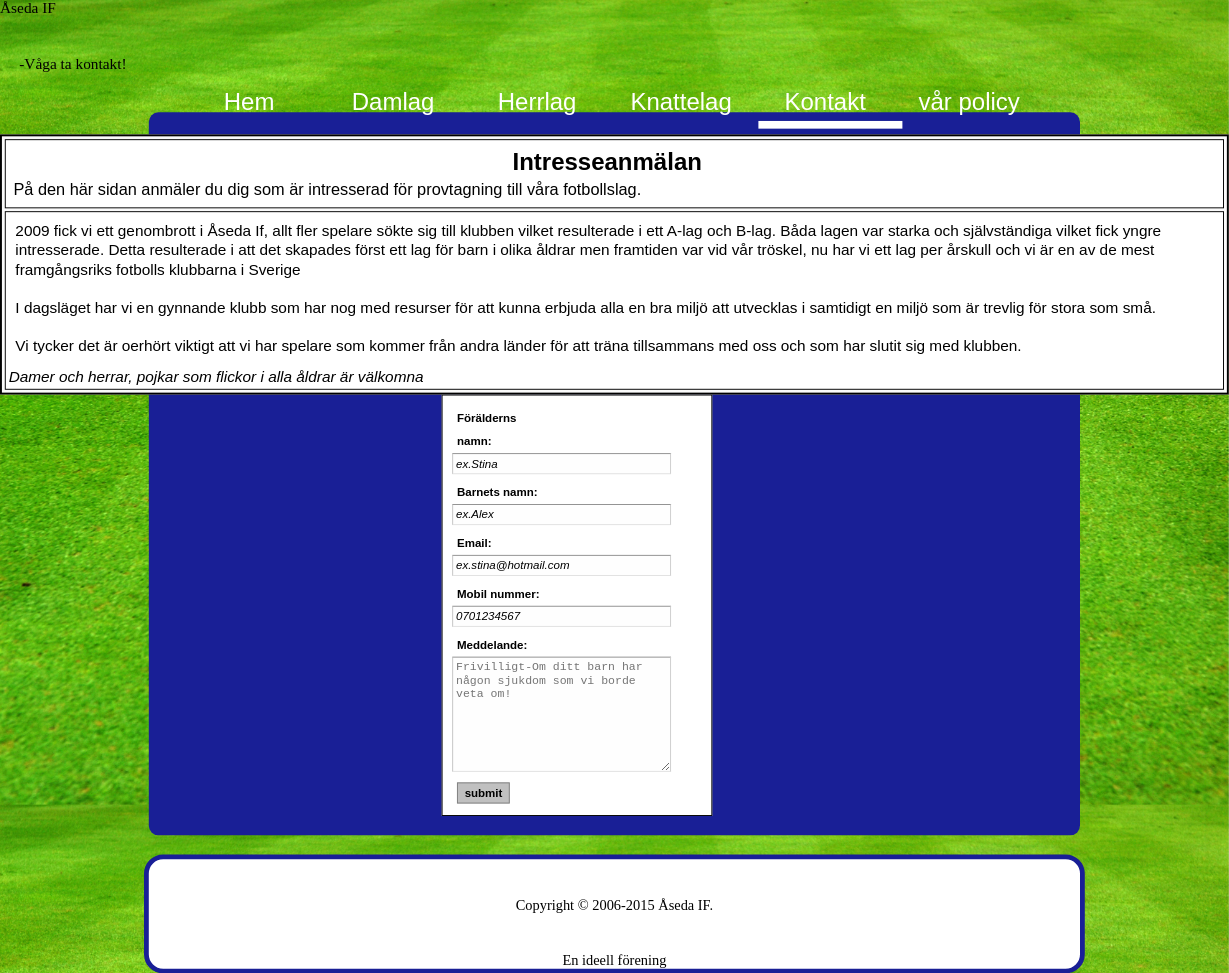
Repository: alexanderdanielsson28/ProjektAsedaIF
Page: html/Kontakt.html
The author's editor kept a record of every edit. The page is drawn from the files as they stood at one moment, then again after the next edit.
The browser window is 1280 px wide. The pictures show the whole page, at 96% of full size.
Backgrounds fixed to the window are drawn as part of the page. Some web libraries are served in a nearby version.

Above is the page before.

### html/Kontakt.html
<!DOCTYPE html>
<html>

<head>
    <title>kontaktsidan</title>
    <meta charset="UTF-8">
    <meta name="viewport" content="width=device-width, initial-scale=1.0">
    <link rel="stylesheet" media="only screen and (max-width:480px)" href="../css/mobile.css">
    <link href="../forms/form.css" rel="stylesheet">
    <script src="//ajax.googleapis.com/ajax/libs/jquery/1.10.2/jquery.min.js"></script>
    <script src="../forms/form1.js"></script>
    <link rel="stylesheet" type="text/css" media="only screen and (min-width:480px)" href="../menu.css">
    <link rel="stylesheet" type="text/css" media="only screen and (min-width:480px)" href="../css/media.css">
    <script src="../menu.js"></script>


</head>

<body>
    <div id="header">
        <h1 id="h1tag">Åseda IF</h1>
        <h3 class="hidden">-Våga ta kontakt!</h3>
    </div>
    <div id="meny">
        <div id="meny2">
            <nav id="navigation">
                <ul>
                    <li><a class="klass" href="../index.html">Hem</a></li>
                    <li><a class="klass" href="../html/Damlag.html">Damlag</a></li>
                    <li><a class="klass" href="../html/Herrlag.html">Herrlag</a></li>
                    <li><a class="klass" href="../html/Knattelag.html">Knattelag</a></li>
                    <li><a class="klass" href="../html/Kontakt.html">Kontakt</a></li>
                    <li><a class="klass" href="../html/Policy.html">vår policy</a></li>
                </ul>
            </nav>

        </div>
    </div>
    <article id="ark">
        <div id="bordern">
            <h2 id="barnh2">Intresseanmälan</h2>
            <h3 id="barn3">På den här sidan anmäler du dig som är intresserad för provtagning till våra fotbollslag.</h3>
        </div>
        <div id="paran">
            <p id="pbarn">2009 fick vi ett genombrott i Åseda If, allt fler spelare sökte sig till klubben vilket resulterade i ett A-lag och B-lag. Båda lagen var starka och självständiga vilket fick yngre intresserade. Detta resulterade i att det skapades först ett
                lag för barn i olika åldrar men framtiden var vid vår tröskel, nu har vi ett lag per årskull och vi är en av de mest framgångsriks fotbolls klubbarna i Sverige</p>
            <p id="alle">I dagsläget har vi en gynnande klubb som har nog med resurser för att kunna erbjuda alla en bra miljö att utvecklas i samtidigt en miljö som är trevlig för stora som små.</p>
            <p id="olikal">Vi tycker det är oerhört viktigt att vi har spelare som kommer från andra länder för att träna tillsammans med oss och som har slutit sig med klubben.</p>
            <p id="damerna">Damer och herrar, pojkar som flickor i alla åldrar är välkomna</p>
        </div>
    </article>

    <article id="formBox">

        <form id="form-contact" class="styled" action="" method="">
            <fieldset id="#formett">

                <ol>
                    <li class="form-row">
                        <label>Förälderns namn:</label>
                        <input id="input-name" type="text" class="text-input required fname default" name="fname" value="" title="ex.Stina" />
                    </li>

                    <li class="form-row">
                        <label>Barnets namn:</label>
                        <input id="input-name1" type="text" class="text-input required kname default" name="kname" value="" title="ex.Alex" />
                    </li>

                    <li class="form-row">

                        <label>Email:</label>
                        <input id="input-email" type="text" class="text-input required email default" name="email" value="" title="ex.stina@hotmail.com" />



                    </li>
                    <li class="form-row">
                        <label>Mobil nummer:</label>
                        <input id="input-phone" type="text" class="text-input required phone default " name="phone" value="" title="0701234567" />
                    </li>
                    <li class="form-row">
                        <label>Meddelande:</label>
                        <textarea id="input-message" class="text-area" name="message" cols="40" rows="8" placeholder="Frivilligt-Om ditt barn har någon sjukdom som vi borde veta om!"></textarea>
                    </li>
                    <li class="button-row text-right">
                        <input class="btn-submit" type="submit" value="submit" name="submit" />
                    </li>
                </ol>
            </fieldset>
        </form>
    </article>
    <div id="footer">
        <div id="footertext">
            <h3>Copyright © 2006-2015 Åseda IF.</h3>
            <h3>En ideell förening </h3>
        </div>
    </div>
</body>

</html>

### forms/form.css
/*h3 {
text-align:left;
}

div.main{
margin:50px auto;
font-family:raleway;
}
div.main h1{
text-align:center;
align:center;
word-spacing:5px;
}
div.login{
width:50%;
margin:0 auto;
border-radius: 10px;
font-family:raleway;
border: 2px solid #ccc;
padding: 10px 40px 25px;
}
hr{
border:0;
border-bottom:1px solid #ccc;
margin: 10px -40px;
margin-bottom: 30px;
}
h2{
background-color: #FEFFED;
text-align:center;
border-radius: 10px 10px 0 0;
margin: -10px -40px;
padding: 15px;
}
a{
text-decoration:none;
color: cornflowerblue;
}

i{
color: cornflowerblue;
}
#content{
alignment-adjust: central;
margin:0 auto;
text-align: left;
}
#note{
clear: left;
padding-top: 20px;
margin-left: 8px;
font-size: 18px;
text-align: center;
width:100%;
}
input[type=text],input[type=password],input[type=email]{
width:59.5%;
padding: 10px;
margin-top: 8px;
border: 1px solid #ccc;
padding-left: 5px;
font-size: 16px;
font-family:raleway;
}
input[type=submit]{
width: 100%;
background-color:#FFBC00;
color: white;
border: 2px solid #FFCB00;
padding: 10px;
font-size:20px;
cursor:pointer;
border-radius: 5px;
margin-bottom: 15px;
}
.msg{
width:59.5%;
padding: 10px;
margin-top: 8px;
border: 1px solid yellow;
padding-left: 5px;
font-size: 16px;
font-family:raleway;
}
p {
text-align:justify;
clear:both;
width:432px
}
span {
color:red
}

inp.invalid,
textarea.invalid {
    border: 2px solid red;
    background-image: url("../pictures/invalid.png");
    background-repeat: no-repeat;
    background-size: 10px 10px;
    background-position: right;
}


.error {
    display: none;
    margin-left: 10px;
}
.invalid {
    background-image: url("../pictures/invalid.png");
    width: 99.5%;
    padding: 10px;
    margin-top: 8px;
   background-repeat: no-repeat;
    background-size: 10px 10px;
    background-position: right;

    padding-left: 5px;
    font-size: 16px;
    font-family: raleway;
}

valid {
 display: none;
}

/*#submitdata{
      border: 2px solid red;
    background-image: url("../pictures/invalid.png");
    background-repeat: no-repeat;
    background-size: 10px 10px;
    background-position: right;
}




/*new*/
.error {
   color: #ff0000;
   font-size: 12px;
   margin-top: 5px;
   margin-bottom: 0;
}

.inputTxtError {
   border: 1px solid #ff0000;
   color: #0e0e0e;
}




.styled {
    font-family: Arial, sans-serif;

}
.styled fieldset {
    background:white;
    width:260px;
    border: 1px solid black; padding: 10px;

}
.styled fieldset legend {

    font-size: 14px; font-weight: bold;
    color: #000;
    text-transform: capitalize;
    padding: 5px 10px;
    background: #fff; display: block;
    margin-bottom: 0;
    border: 1px solid #ccc;

}
.styled fieldset ol, .styled fieldset ol li {
    list-style: none;

}
.styled fieldset li.form-row {
    margin-bottom: 3px;
    padding: 2px 0;
    width: 100%;
    overflow: hidden;
    position: relative;


}
.styled label {
    font-size: 12px;
    display: block;
    font-weight: bold;
    float: left; width: 100px;
    margin-left: 5px;
    line-height: 24px;

}
.styled input.text-input, .styled .text-area {
    background: #fefefe;
    border-top: 1px solid #909090;
    border-right: 1px solid #cecece;
    border-bottom: 1px solid #e1e1e1;
    border-left: 1px solid #bbb;
    padding: 3px; width: 220px;
    font-size: 12px;

}
.styled input.text-input.default.active, .styled .text-area.default.active {
    color: black;
    font-style: italic;

}
.styled fieldset li.button-row {
    margin-bottom: 0;
    padding: 2px 5px;

}
form input.btn-submit {
    padding: 3px 7px;
    font-family: Arial, sans-serif;
    color: black; font-weight: bold;
    border: 1px solid gray;
    background: silver;
    font-size: 12px;

}

/* Form Validation */
.styled span.error {
    font-size: 11px;
    background: none;
    display: block;
    padding: 2px;
    text-align: center;


}
.styled fieldset li.error {
    color: #D8000C;
    background: #fff0f0 url(../pictures/invalid.png) no-repeat;
    background-size:10px 10px;
    background-position:100% 50%;
    border: 1px solid #f9c7c7;
    padding: 5px 0;

}
.styled fieldset li.error label {
    text-align: left;

}

/* Specific Form Rules */
#form-contact {
    width: 360px; margin: 0 auto;
}

.success {
    order: 1px solid;
    margin: 0;
    padding: 10px; text-align: center;
    color: #4F8A10;
    background-color: #ebf6d9;
    border-color:black;
}
.styled fieldset li.valid {
    background:url(../pictures/valid.png) no-repeat;
    background-size:10px 10px;
    background-position:100% 50%;


}

### menu.css
#meny {
    padding: 0;
    margin-left: auto;
    margin-right: auto;
    height: 3px;
    /*border-radius: 3px;
*/
}

#meny2 {
    width: 900px;
    margin: 0 auto;
}

#meny2 ul {
    position: relative;
    list-style-type: none;
    float: center;
    padding: 0;
    margin: 0;
}

#meny2 li {
    width: 150px;
    border-collapse: separate;
    /* border-left: 1px solid gray;
    border-radius:5px solid;
    */
    float: left;
    list-style-type: none;
    padding: 0;
    margin: 0;
    background-image: none;
}

#meny2 li.highlight {
    background-color: white;
    top: 50px;
    height: 8px;
    z-index: 1;
    position: absolute;
    overflow: hidden;
    /*opacity: 0.8;*/
}

#meny2 li a {
    width: 140px;
    height: 10px;
    padding-top: 16px;
    margin: 0 0px;
    color: white;
    font: normal 25px arial;
    text-align: center;
    text-decoration: none;
    display: block;
    float: left;
    position: relative;
    z-index: 2;
}

#navigation {
    max-width: 1400px;
    min-width: 900;
}


/*news funtionen*/

.dhmcss {
    width: 100%;
    background: #FFFFFF;
    COLOR: #5C5C5C;
    FONT-FAMILY: verdana, arial, helvetica;
    FONT-SIZE: 10pt;
    FONT-WEIGHT: bold;
    padding-top: 1px;
    padding-bottom: 1px;
    TEXT-DECORATION: none;
}

.dhmcssover {
    width: 100%;
    background: #EC941C;
    COLOR: #FFFFFF;
    FONT-FAMILY: verdana, arial, helvetica;
    FONT-SIZE: 10pt;
    FONT-WEIGHT: bold;
    padding-top: 1px;
    padding-bottom: 1px;
    TEXT-DECORATION: none;
}

.dhmcssdown {
    width: 100%;
    background: #ACDCA5;
    COLOR: #000000;
    FONT-FAMILY: verdana, arial, helvetica;
    FONT-SIZE: 10pt;
    FONT-WEIGHT: bold;
    padding-top: 1px;
    padding-bottom: 1px;
    TEXT-DECORATION: none;
}

.duztext {
    COLOR: #222222;
    FONT-FAMILY: Arial, sans-serif, Geneva;
    FONT-SIZE: 9pt;
    FONT-STYLE: normal;
    FONT-WEIGHT: normal;
    TEXT-DECORATION: none;
    line-height: 18px;
}

.duztext2 {
    COLOR: #222222;
    FONT-FAMILY: Arial, sans-serif, Geneva;
    FONT-SIZE: 10px;
    FONT-STYLE: normal;
    FONT-WEIGHT: normal;
    TEXT-DECORATION: none
}

.kbaslik {
    COLOR: #222222;
    FONT-FAMILY: Arial, sans-serif, Geneva;
    FONT-SIZE: 11pt;
    FONT-STYLE: normal;
    FONT-WEIGHT: bold;
    TEXT-DECORATION: none
}

.bbaslik {
    COLOR: #222222;
    FONT-FAMILY: Arial, Arial, Geneva;
    FONT-SIZE: 13pt;
    FONT-STYLE: normal;
    FONT-WEIGHT: bold;
    TEXT-DECORATION: none
}

A:link {
    text-decoration: none;
    color: #202090;
    font-size: 12px;
    font-family: "Arial", "Helvetica", "sans-serif";
}

A:visited {
    text-decoration: none;
    color: #202090;
    font-size: 12px;
    font-family: "Arial", "Helvetica", "sans-serif";
}

A:hover {
    text-decoration: underline;
    color: #FF9900;
    font-size: 12px;
    font-family: "Arial", "Helvetica", "sans-serif";
}

a {
    font-family: "Arial", "Helvetica", "sans-serif";
    font-size: 12px;
    color: #202090;
}

Loaded but not shown: menu.js (151 lines, source omitted); forms/form1.js (87 lines, source omitted); css/media.css (1556 lines, source omitted); css/mobile.css (1090 lines, source omitted)

After the next edit:
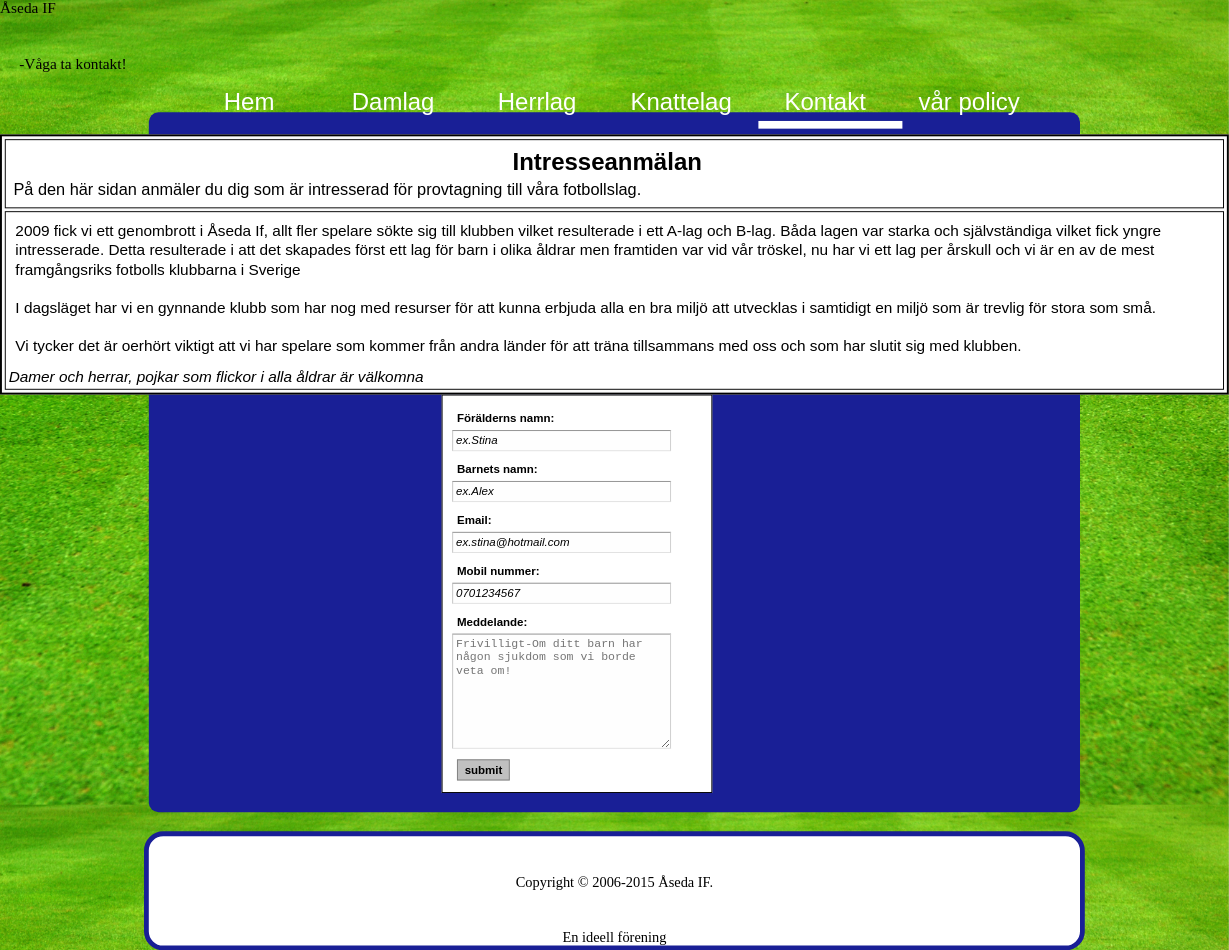
The edit:
--- a/forms/form.css
+++ b/forms/form.css
@@ -188,7 +188,7 @@
     font-size: 12px;
     display: block;
     font-weight: bold;
-    float: left; width: 100px;
+    float: left; width: 200px;
     margin-left: 5px;
     line-height: 24px;
 
